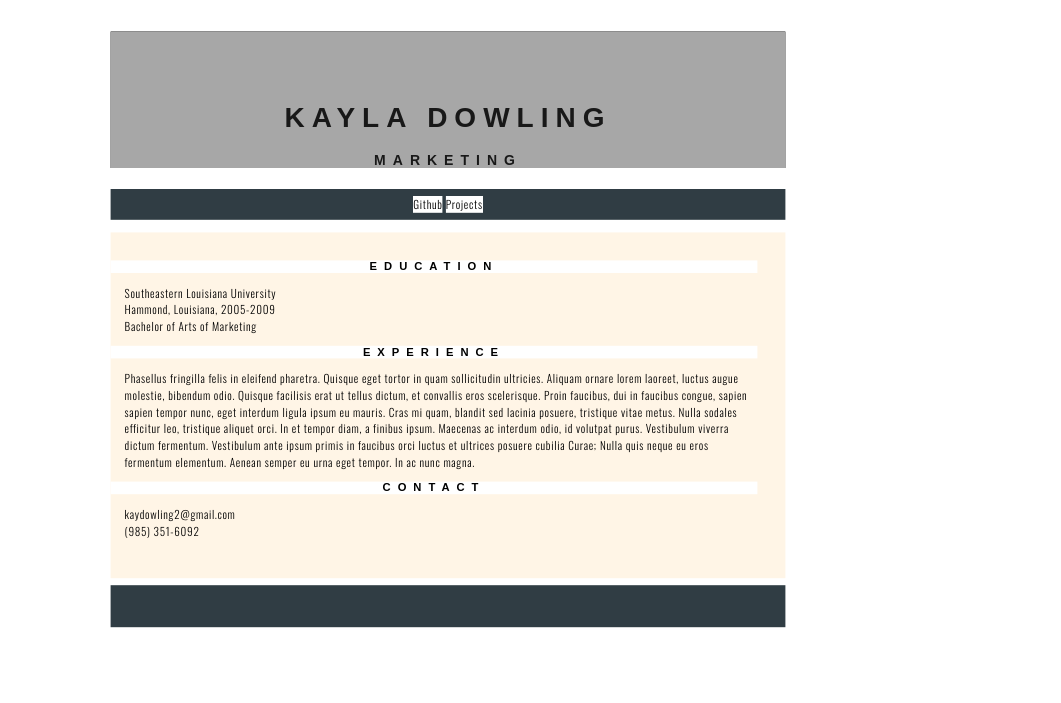
Repository: kayladowling/jekyll_website
Page: index.html
The author's editor kept a record of every edit. The page is drawn from the files as they stood at one moment, then again after the next edit.
The browser window is 1280 px wide. The page is 1280 px wide, then 1515 px, then 1280 px, so the pictures cover 1515 px, including what lies to the right of the window. The pictures show the part of the page from y = 0 to 1640 px (the page is 1004 px tall before and 2962 px after), at 70% of full size.
Pictures or frames that could not be fetched are drawn as grey boxes.

Above is the page before.
Not found: file.js

### index.html
<!DOCTYPE html>
<meta charset=“UTF-8”>
<script src="file.js"></script>
<html>
  <head> <title>Kayla Dowling</title>
  <link rel="stylesheet" href="css/home.css">
  <link <link href='http://fonts.googleapis.com/css?family=Dancing+Script:700' rel='stylesheet' type='text/css'>
 <link href='http://fonts.googleapis.com/css?family=Oswald:300' rel='stylesheet' type='text/css'>
  </head>


  <body>

 <div class ="wrapper">
 <header> <!-- Start of header -->
   <h1>Kayla Dowling</h1>
   <h8>Marketing</h8>
</header>  <!-- end of header -->
   <nav> <!-- Start of nav -->
  <ul>
      <li><a href="https://github.com/kayladowling" id="github">Github</a></li>
      <li><a href="projects.html" id="projects">Projects</a></li>
  </ul>
  </nav> <!-- end of nav -->
<aside> <!-- end of sidebar -->
 <h3></h3>
</aside> <!-- end of sidebar-->

 <main>  <!-- start of maincontent -->
  <section class="education"> <!-- start of education section -->
    <h2>Education</h2>
<p>Southeastern Louisiana University </br>
  Hammond, Louisiana, 2005-2009 </br>
 Bachelor of Arts of Marketing </p>
 </section> <!-- end of education section -->

 <section class="experience"> <!-- start of eperience -->
  <h2>Experience</h2>

  <p>Phasellus fringilla felis in eleifend pharetra. Quisque eget tortor in quam sollicitudin ultricies. Aliquam ornare lorem laoreet, luctus augue molestie, bibendum odio. Quisque facilisis erat ut tellus dictum, et convallis eros scelerisque. Proin faucibus, dui in faucibus congue, sapien sapien tempor nunc, eget interdum ligula ipsum eu mauris. Cras mi quam, blandit sed lacinia posuere, tristique vitae metus. Nulla sodales efficitur leo, tristique aliquet orci. In et tempor diam, a finibus ipsum. Maecenas ac interdum odio, id volutpat purus. Vestibulum viverra dictum fermentum. Vestibulum ante ipsum primis in faucibus orci luctus et ultrices posuere cubilia Curae; Nulla quis neque eu eros fermentum elementum. Aenean semper eu urna eget tempor. In ac nunc magna.</p>
  </section> <!-- end of eperience -->

 <section class="contact"> <!-- start of contact -->
 <h2>Contact</h3>
 <p> kaydowling2@gmail.com </br>
 (985) 351-6092</p>

 </section> <!-- end of contact -->
 </main> <!-- end of maincontent -->

  </div> <!-- end of wrapper -->
  <footer>
     <!-- add footer content-->
    <!-- for email input - later project <input type="email" placeholder="Enter your email..." autofocus /> -->
 </footer>
 </body>


</html>

### css/home.css

body {
   padding: 10px 150px 100px;
   background: white;
   font-family: 'Oswald', Gill Sans, sans-serif;
   letter-spacing: 1px;
}

img {
    float: left;
}

header {
    background-color: black;
    background-image: url("https://download.unsplash.com/3/doctype-hi-res.jpg");
    width: 100%;
    height: 100%;
    background-size: 1250px;
    opacity: 0.90;
    background-position: 20% 3%;
    background-repeat: no-repeat;
    margin-bottom: 30px;
    color: black;
    font-family: Arial;
    font-size: 20px;
    font-weight: bold;
    letter-spacing: 10px;
    text-transform: uppercase;
    text-align: center;
}
 header h1 {
     padding-top: 100px;
     text-align: center;
 }

header h2 {
    font-family: 'Oswald', Gill Sans, sans-serif;
   letter-spacing: 1px;
   padding-bottom: 200px;
   font-style: italic;
   text-transform: capitalize;
   font-weight: normal;

}

main {
    background: rgb(255, 245, 230);
    padding-bottom: 40px;
    padding-right: 40px;
    padding-top: 40px;
    margin: 0px;
}

main h2 {
    background-color: white;
    margin: 0px;
    color: black;
    font-family: Arial;
    font-size: 16px;
    font-weight: bold;
    letter-spacing: 10px;
    text-transform: uppercase;
    text-align: center;
}



p {
    color: black;
    padding-left: 20px;

}


nav ul {
    color: white;
    text-align: center;
    margin-bottom: 5px;
    padding: 10px 5px 10px 5px;
    background: rgb(48, 61, 68);


}


nav li {
    display:inline;
    background: rgb(48, 61, 68);
    color: white;
    text-align: center;

}

a {
    text-decoration: none;
    color: black;
    background: white;
    text-align: left;
}

footer {
    background: rgb(48, 61, 68);
    margin-top: 10px;
    padding: 30px;
}

#github {
    color: black;
    text-align: left;
}

After the next edit:
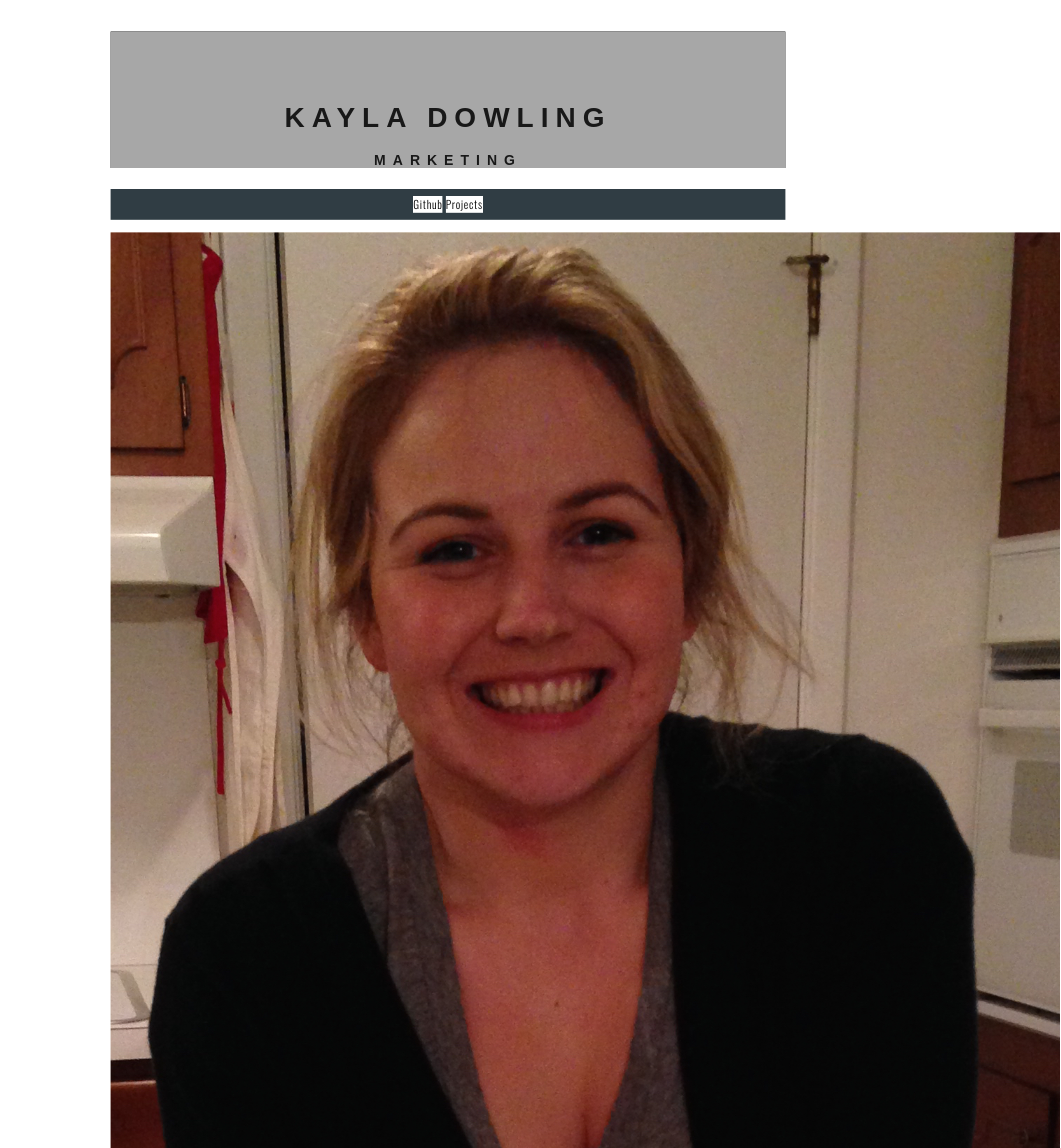
The edit:
--- a/index.html
+++ b/index.html
@@ -26,6 +26,8 @@
  <h3></h3>
 </aside> <!-- end of sidebar-->
 
+
+  <img src ="images/IMG_4030.jpg" alt="kayladowling" />
  <main>  <!-- start of maincontent -->
   <section class="education"> <!-- start of education section -->
     <h2>Education</h2>

After the 6 edits that followed:
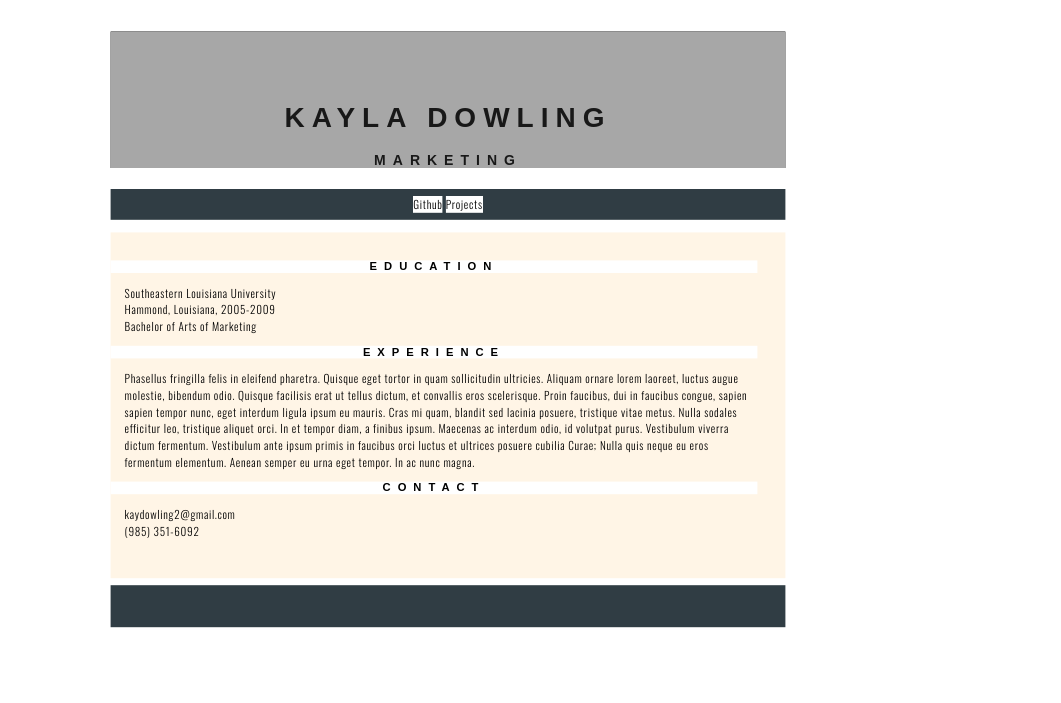
The 6 edits are shown as one change because 5 left the picture as it was.
The edit:
--- a/index.html
+++ b/index.html
@@ -26,8 +26,9 @@
  <h3></h3>
 </aside> <!-- end of sidebar-->
 
-
-  <img src ="images/IMG_4030.jpg" alt="kayladowling" />
+ <!-- start of bio class -->
+  <!--<img src ="images/IMG_4030.jpg" alt="kayladowling" />
+<!-- end of bio class -->
  <main>  <!-- start of maincontent -->
   <section class="education"> <!-- start of education section -->
     <h2>Education</h2>
